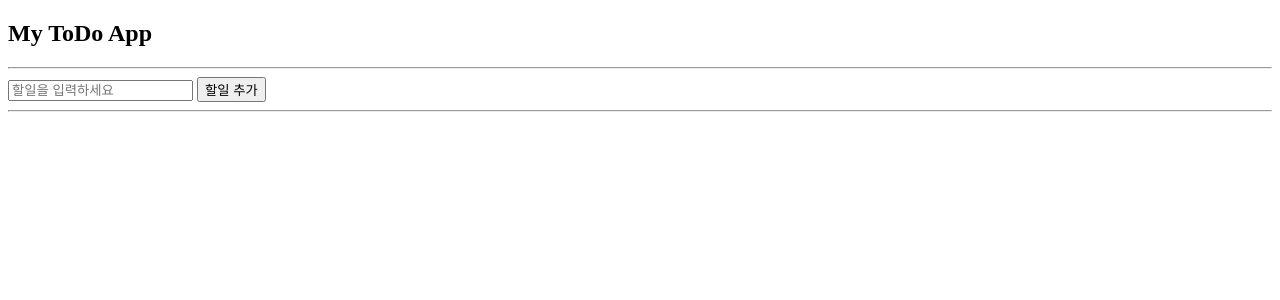
Repository: gold9387/jwbook
Page: jwbook/src/main/webapp/ch03/todoapp.html
An editor plug-in stored every save of this project. The page is shown before and after the next save, followed by the edit.
The browser window is 1280 px wide. The pictures show the whole page.

Above is the page before, as saved 2023-06-05 11:45:30.

After the next save:
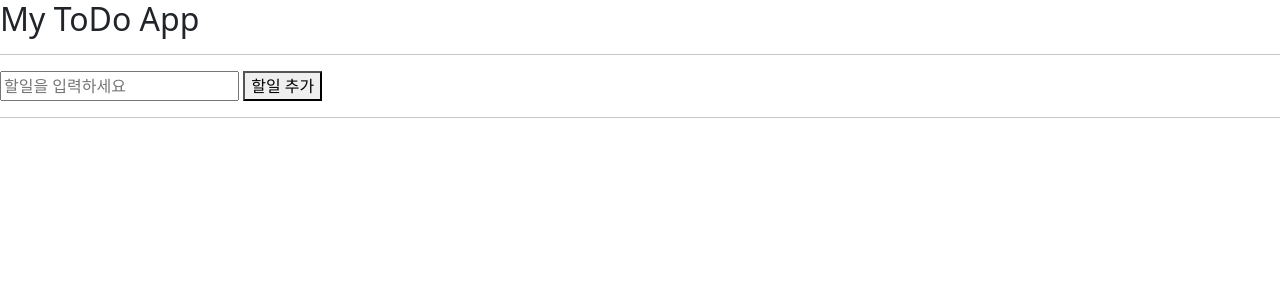
Saved 4 min 11 s later.
--- a/jwbook/src/main/webapp/ch03/todoapp.html
+++ b/jwbook/src/main/webapp/ch03/todoapp.html
@@ -3,6 +3,11 @@
 <head>
 <meta charset="UTF-8">
 <title>실습 3-2</title>
+<link
+	href="https://cdn.jsdelivr.net/npm/bootstrap@5.3.0/dist/css/bootstrap.min.css"
+	rel="stylesheet"
+	integrity="sha384-9ndCyUaIbzAi2FUVXJi0CjmCapSmO7SnpJef0486qhLnuZ2cdeRhO02iuK6FUUVM"
+	crossorigin="anonymous">
 </head>
 <body>
 	<div>
